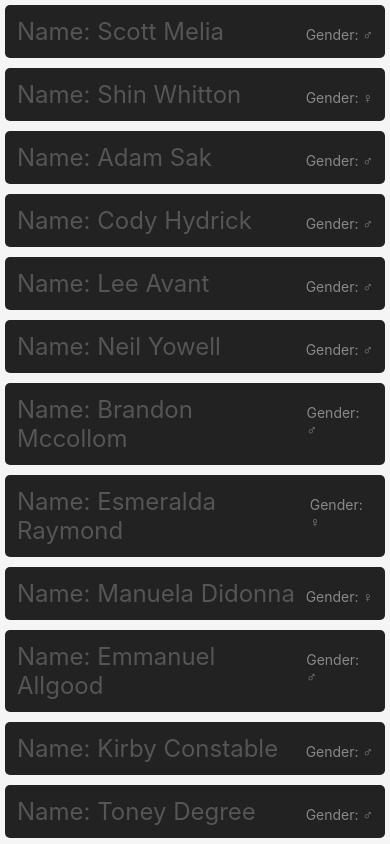
Repository: kfrancois/Bachelorproef-Apps
Screen: / (app in React Native/ListApp/.vscode/)
An editor plug-in stored every save of this project. The screen is shown before and after the next save, followed by the edit.
An inner scrolling area shows only its first screen. The app was drawn by React Native's web renderer in a window 390 px wide. The project was rebuilt for these pictures with package versions that can differ from the ones it lists, and the page was loaded fresh each time.

Above is the screen before, as saved 2018-04-23 15:15:40.

### React Native/ListApp/.vscode/App.js
import React, { Component } from 'react';
import MyListView from './src/listView';

// type Props = {};
export default class App extends Component {
  render() {
    return <MyListView />;
  }
}

### React Native/ListApp/.vscode/src/listView.js
import React, { Component } from 'react';
import { View, FlatList, Text, SafeAreaView, StyleSheet } from 'react-native';
import items from './items';
import Row from './row';

export default class MyListView extends Component {
  render() {
    return (
      <SafeAreaView style={{ flex: 1, backgroundColor: 'whitesmoke' }}>
        <FlatList
          style={styles.idk}
          contentContainerStyle={styles.container}
          data={items}
          renderItem={data => {
            return <Row item={data.item} />;
          }}
        />
      </SafeAreaView>
    );
  }
}

const styles = StyleSheet.create({
  idk: {
    flex: 1,
    backgroundColor: 'whitesmoke'
  },
  container: {
    flexGrow: 1,
    justifyContent: 'space-between'
  },
  item: {
    margin: 10,
    padding: 10,
    fontSize: 14,
    height: 44,
    backgroundColor: '#222',
    borderRadius: 5
  }
});

### React Native/ListApp/.vscode/src/items.js
const items = [
  { key: '0', name: 'Scott Melia', gender: '♂' },
  { key: '1', name: 'Shin Whitton', gender: '♀' },
  { key: '2', name: 'Adam Sak', gender: '♂' },
  { key: '3', name: 'Cody Hydrick', gender: '♂' },
  { key: '4', name: 'Lee Avant', gender: '♂' },
  { key: '5', name: 'Neil Yowell', gender: '♂' },
  { key: '6', name: 'Brandon Mccollom', gender: '♂' },
  { key: '7', name: 'Esmeralda Raymond', gender: '♀' },
  { key: '8', name: 'Manuela Didonna', gender: '♀' },
  { key: '9', name: 'Emmanuel Allgood', gender: '♂' },
  { key: '10', name: 'Kirby Constable', gender: '♂' },
  { key: '11', name: 'Toney Degree', gender: '♂' },
  { key: '12', name: 'Aletha Correa', gender: '♀' },
  { key: '13', name: 'Flo Shay', gender: '♀' },
  { key: '14', name: 'Gilbert Salser', gender: '♂' },
  { key: '15', name: 'Erminia Gorka', gender: '♀' },
  { key: '16', name: 'Maura Stoudt', gender: '♀' },
  { key: '17', name: 'Mireya Scheerer', gender: '♀' },
  { key: '18', name: 'Arnoldo Billick', gender: '♂' },
  { key: '19', name: 'Jed Todaro', gender: '♂' },
  { key: '20', name: 'Lucien Mucci', gender: '♂' },
  { key: '21', name: 'Emily Mayhan', gender: '♀' },
  { key: '22', name: 'Brock Renshaw', gender: '♂' },
  { key: '23', name: 'Hui Gunnells', gender: '♀' },
  { key: '24', name: 'Clifford Mendell', gender: '♂' },
  { key: '25', name: 'Kenton Sander', gender: '♂' },
  { key: '26', name: 'Edmundo Wainwright', gender: '♂' },
  { key: '27', name: 'Emilio Kirtley', gender: '♂' },
  { key: '28', name: 'Boris Pelchat', gender: '♂' },
  { key: '29', name: 'Elli Palmisano', gender: '♀' },
  { key: '30', name: 'Lonna Vanorden', gender: '♀' },
  { key: '31', name: 'Emelia Wax', gender: '♀' },
  { key: '32', name: 'Akilah Medeiros', gender: '♀' },
  { key: '33', name: 'Burt Bonebrake', gender: '♂' },
  { key: '34', name: 'Darcy Mccullum', gender: '♀' },
  { key: '35', name: 'Janae Pabst', gender: '♀' },
  { key: '36', name: 'Coleman Rispoli', gender: '♂' },
  { key: '37', name: 'Cassidy Lanctot', gender: '♀' },
  { key: '38', name: 'Brunilda Comeaux', gender: '♀' },
  { key: '39', name: 'Jaymie Poteet', gender: '♀' },
  { key: '40', name: 'Coleen Sudderth', gender: '♀' }
];

export default items;

### React Native/ListApp/.vscode/src/row.js
import React from 'react';
import { View, Text, StyleSheet } from 'react-native';

const styles = StyleSheet.create({
  container: {
    margin: 5,
    padding: 12,
    flexDirection: 'row',
    justifyContent: 'space-between',
    alignItems: 'baseline',
    alignSelf: 'stretch',
    backgroundColor: '#222',
    borderRadius: 5
  },
  rowHeading: {
    fontSize: 24,
    color: '#555'
  },
  rowText: {
    fontSize: 14,
    color: '#888'
  }
});

const Row = props => {
  const item = props.item;
  const { name, gender } = item;
  return (
    <View style={styles.container}>
      <Text style={styles.rowHeading}>Name: {name}</Text>
      <Text style={styles.rowText}>Gender: {gender}</Text>
    </View>
  );
};

export default Row;

After the next save:
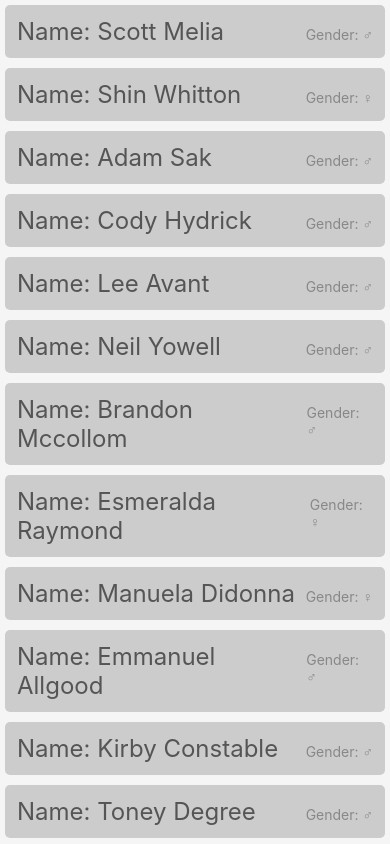
Saved 11 s later.
--- a/React Native/ListApp/.vscode/src/row.js
+++ b/React Native/ListApp/.vscode/src/row.js
@@ -9,7 +9,7 @@ const styles = StyleSheet.create({
     justifyContent: 'space-between',
     alignItems: 'baseline',
     alignSelf: 'stretch',
-    backgroundColor: '#222',
+    backgroundColor: '#ccc',
     borderRadius: 5
   },
   rowHeading: {
